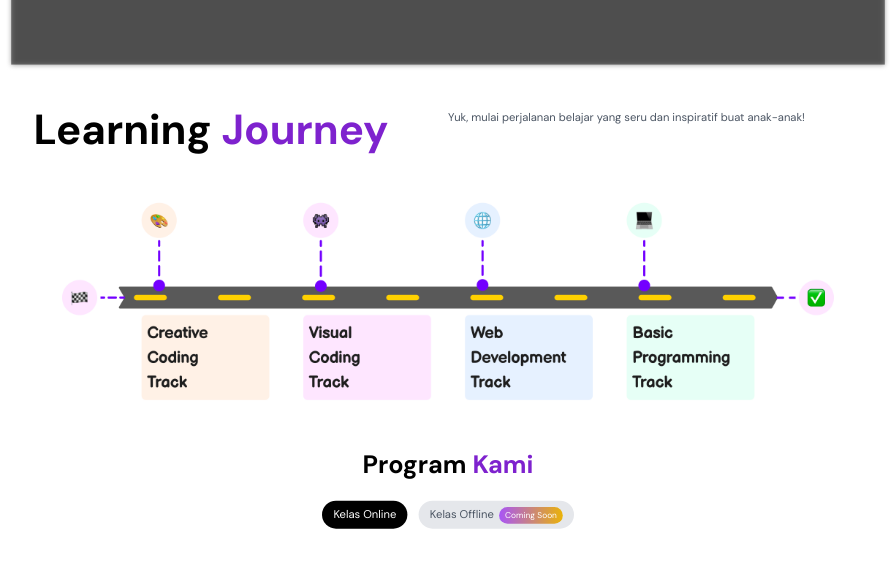
Repository: paskasiregar/ttccomweb
Page: /track/basic-programming
These files come from the project's save history. The page is drawn as it stood at one moment and after the next save; the edit follows.
The browser window is 1280 px wide. The pictures show the part of the page from y = 1435 to 3355 px (the page is 2247 px tall before and 3355 px after), at 70% of full size.
Pictures or frames that could not be fetched are drawn as grey boxes. The project was rebuilt for these pictures with package versions that can differ from the ones it lists, and the page was loaded fresh each time. The framework's server and built-in components were replaced by stand-ins that run in the browser. Also part of the build but not shown: next.config.js, next.config.mjs.

Above is the page before, as saved 2024-11-17 00:02:03.

After the next save:
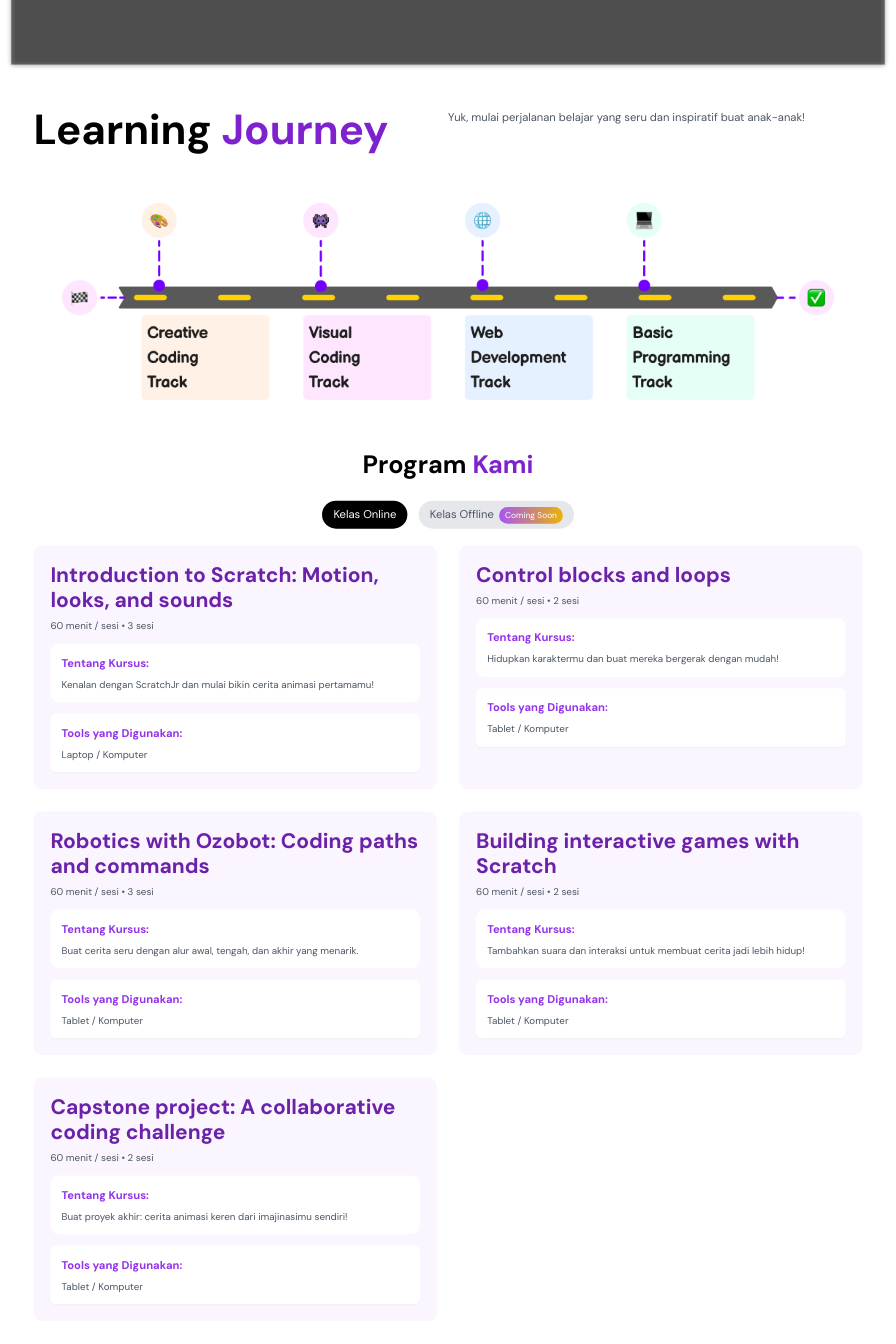
Saved 109 s later.
--- a/src/app/track/[track]/page.js
+++ b/src/app/track/[track]/page.js
@@ -118,6 +118,48 @@ export default function TrackPage() {
       },
     ],
     "web-development": [
+      {
+        title: "Introduction to Scratch: Motion, looks, and sounds",
+        duration: "60 menit",
+        sessions: "3 sesi",
+        description:
+          "Kenalan dengan ScratchJr dan mulai bikin cerita animasi pertamamu!",
+        tools: "Laptop / Komputer",
+      },
+      {
+        title: "Control blocks and loops",
+        duration: "60 menit",
+        sessions: "2 sesi",
+        description:
+          "Hidupkan karaktermu dan buat mereka bergerak dengan mudah!",
+        tools: "Tablet / Komputer",
+      },
+      {
+        title: "Robotics with Ozobot: Coding paths and commands",
+        duration: "60 menit",
+        sessions: "3 sesi",
+        description:
+          "Buat cerita seru dengan alur awal, tengah, dan akhir yang menarik.",
+        tools: "Tablet / Komputer",
+      },
+      {
+        title: "Building interactive games with Scratch",
+        duration: "60 menit",
+        sessions: "2 sesi",
+        description:
+          "Tambahkan suara dan interaksi untuk membuat cerita jadi lebih hidup!",
+        tools: "Tablet / Komputer",
+      },
+      {
+        title: "Capstone project: A collaborative coding challenge",
+        duration: "60 menit",
+        sessions: "2 sesi",
+        description:
+          "Buat proyek akhir: cerita animasi keren dari imajinasimu sendiri!",
+        tools: "Tablet / Komputer",
+      },
+    ],
+    "basic-programming": [
       {
         title: "Introduction to Scratch: Motion, looks, and sounds",
         duration: "60 menit",
